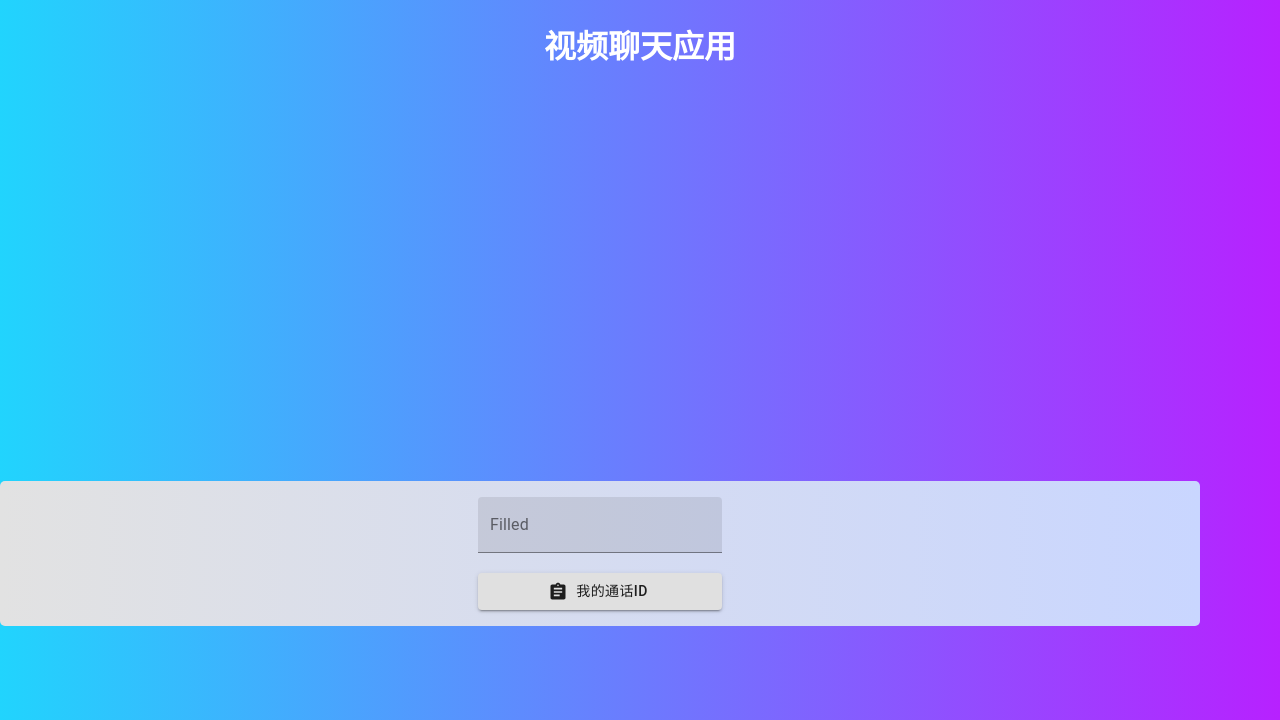
Repository: CodeFreedom-A/webRtc
Page: /
These files come from the project's save history. The page is drawn as it stood at one moment and after the next save; the edit follows.
The browser window is 1280 px wide. The pictures show the whole page.
The page's requests for data from a server got no answer. The project was rebuilt for these pictures with package versions that can differ from the ones it lists, and the page was loaded fresh each time. No one was signed in, and anything a server would have sent is missing.

Above is the page before, as saved 2022-12-21 17:15:19.

### src/App.js
/*
 * @Author: sunheng
 * @Date: 2022-12-21 15:50:22
 * @LastEditors: sunheng
 * @LastEditTime: 2022-12-21 17:15:19
 * @Description: 请填写简介
 */

import Button from "@material-ui/core/Button";
import IconButton from "@material-ui/core/IconButton";
import TextField from "@material-ui/core/TextField";
import AssignmentIcon from "@material-ui/icons/Assignment";
import PhoneIcon from "@material-ui/icons/Phone";
import React, { useEffect, useRef, useState } from "react";
import { CopyToClipboard } from "react-copy-to-clipboard";
import Peer from "simple-peer";
import io from "socket.io-client";
import "./App.css";
// 客户端socket链接
const socket = io.connect("http//localhost:5000");
function App() {
  const [stream, setStream] = useState(null);
  const [name, setName] = useState(null);
  const Myvideo = useRef();
  //
  useEffect(() => {
    navigator.mediaDevices
      .getUserMedia({ video: true, audio: true })
      .then((res) => {
        console.log(res);
        setStream(res);
        Myvideo.current.srcObject = res;
      })
      .catch((err) => {
        console.log("没有摄像头", err);
      });
  }, []);
  return (
    <>
      <h1 style={{ textAlign: "center", color: "#fff" }}>视频聊天应用</h1>
      <div className="container">
        {/* 视频容器 */}
        <div className="video-container">
          <div className="video">
            <video
              playsInline
              muted
              autoPlay
              style={{ width: "500px" }}
              ref={Myvideo}
            ></video>
          </div>
        </div>
      </div>

      <div className="myId">
        <TextField
          id="filled-basic"
          label="Filled"
          variant="filled"
          value={name}
          style={{ marginBottom: "20px" }}
          onChange={(e) => setName(e.target.value)}
        />
        <CopyToClipboard>
          <Button
            variant="contained"
            startIcon={<AssignmentIcon fontSize="large" />}
          >
            我的通话ID
          </Button>
        </CopyToClipboard>
      </div>
    </>
  );
}

export default App;

### src/App.css
.container {
  display: grid;
  grid-template-columns: 7fr 3fr;
  margin-top: 10rem;
}


.video-container {
  display: grid;
  grid-template-columns: 1fr 1fr;
  justify-content: center;
  align-content: center;

  margin-left: 10rem;
}


/* 右侧面板 */

.myId {
  margin-right: 5rem;
  border-radius: 5px;
  background: #c9d6ff;
  background: linear-gradient(to right,
      #e2e2e2,
      #c9d6ff);

  padding: 1rem;
  display: grid;
  justify-content: center;
  align-content: center;
}

.call-button {
  text-align: center;
  margin-top: 2rem;
}



.caller {
  text-align: center;
  color: #fff;
}

body {
  background-image: linear-gradient(to right, #21D4FD 0%, #B721FF 100%);

}

Loaded but not shown: public/index.html (common file); src/index.js (common file); src/index.css (common file); src/reportWebVitals.js (common file)

After the next save:
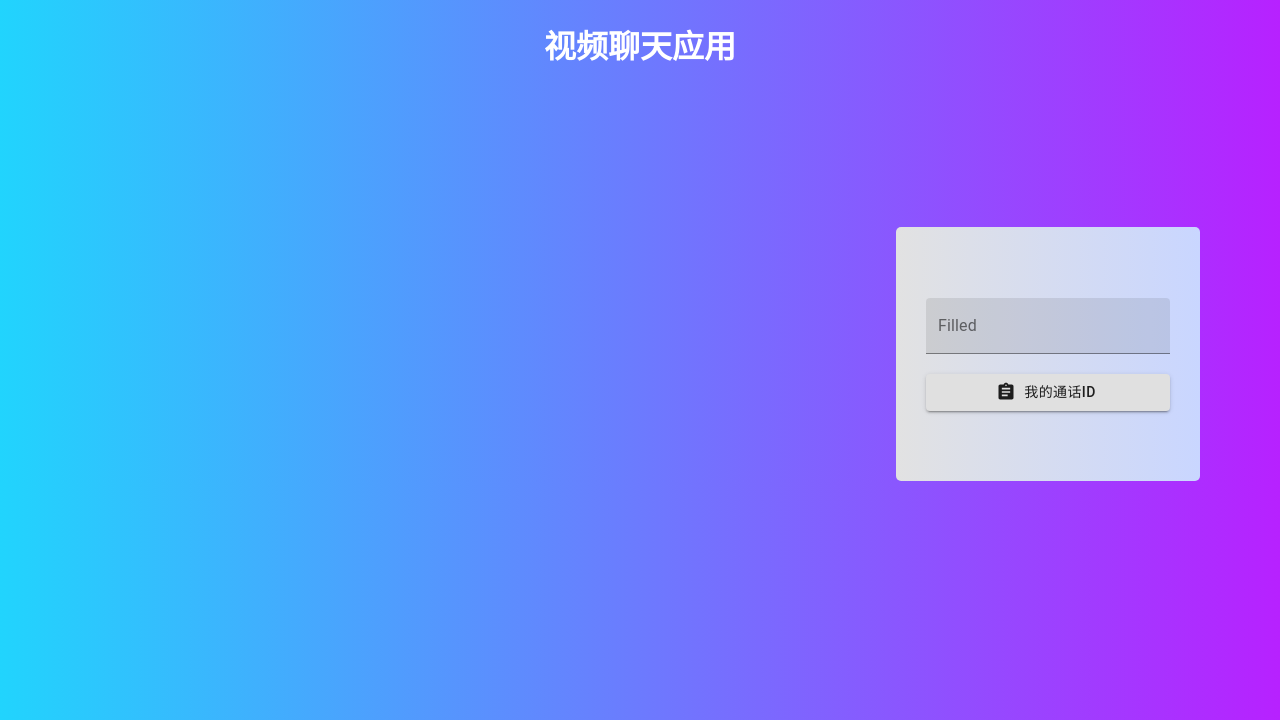
Saved 55 s later.
--- a/src/App.js
+++ b/src/App.js
@@ -51,25 +51,25 @@ function App() {
             ></video>
           </div>
         </div>
-      </div>
 
-      <div className="myId">
-        <TextField
-          id="filled-basic"
-          label="Filled"
-          variant="filled"
-          value={name}
-          style={{ marginBottom: "20px" }}
-          onChange={(e) => setName(e.target.value)}
-        />
-        <CopyToClipboard>
-          <Button
-            variant="contained"
-            startIcon={<AssignmentIcon fontSize="large" />}
-          >
-            我的通话ID
-          </Button>
-        </CopyToClipboard>
+        <div className="myId">
+          <TextField
+            id="filled-basic"
+            label="Filled"
+            variant="filled"
+            value={name}
+            style={{ marginBottom: "20px" }}
+            onChange={(e) => setName(e.target.value)}
+          />
+          <CopyToClipboard>
+            <Button
+              variant="contained"
+              startIcon={<AssignmentIcon fontSize="large" />}
+            >
+              我的通话ID
+            </Button>
+          </CopyToClipboard>
+        </div>
       </div>
     </>
   );
